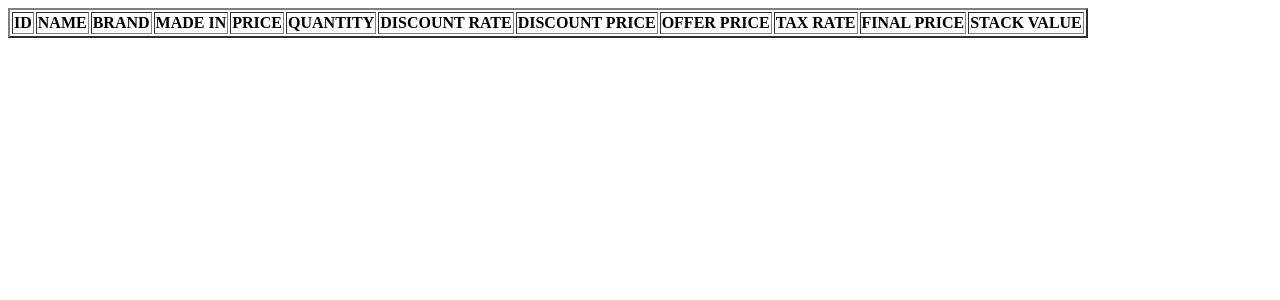
Repository: madhan-sampath/sampathprojects
Page: http://localhost/productlist
These files come from the project's save history. The page is drawn as it stood at one moment and after the next save; the edit follows.
The browser window is 1280 px wide. The pictures show the whole page.
The page is this project's Thymeleaf template; nobody is signed in. The template is opened directly, without the code that normally fills it, so the values that code supplies are empty.

Above is the page before, as saved 2024-12-20 09:26:55.

### SpringBootMvcExample/src/main/resources/templates/productlist.html
<!DOCTYPE html>
<head>
	<title>All Products</title>
</head>
<body>
	<div>
		<table border="2">
			<thead>
				<tr>
					<th>ID</th>
					<th>NAME</th>
					<th>BRAND</th>
					<th>MADE IN</th>
					<th>PRICE</th>
					<th>QUANTITY</th>
					<th>DISCOUNT RATE</th>
					<th>DISCOUNT PRICE</th>
					<th>OFFER PRICE</th>
					<th>TAX RATE</th>
					<th>FINAL PRICE</th>
					<th>STACK VALUE</th>
				</tr>
			</thead>
			<tbody>
				<tr th:each="product:${products}">
										<td th:text="${product.id}"></td>
										<td th:text="${product.name}"></td>
										<td th:text="${product.brand}"></td>
										<td th:text="${product.madeIn}"></td>
										<td th:text="${product.price}"></td>
										<td th:text="${product.quantity}"></td>
										<td th:text="${product.discountRate}"></td>
										<td th:text="${product.discountPrice}"></td>
										<td th:text="${product.offerPrice}"></td>
										<td th:text="${product.taxRate}"></td>
										<td th:text="${product.finalPrice}"></td>
										<td th:text="${product.stackValue}"></td>
									</tr>
			</tbody>
		</table>
	</div>
</body>
</html>

After the next save:
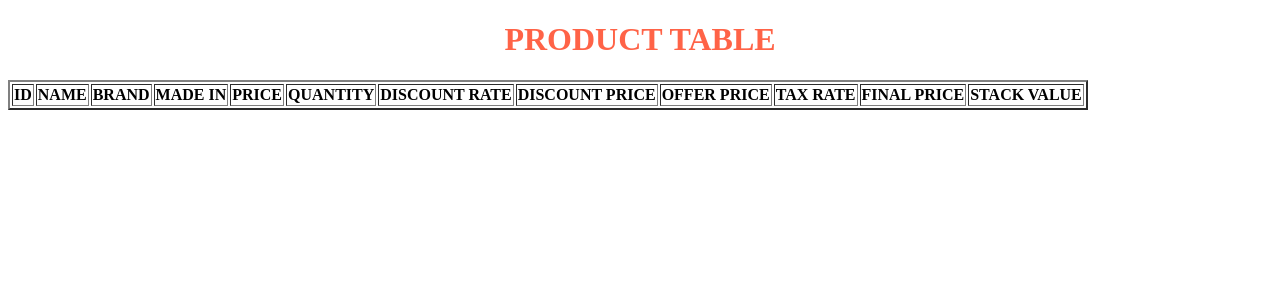
Saved 116 s later.
--- a/SpringBootMvcExample/src/main/resources/templates/productlist.html
+++ b/SpringBootMvcExample/src/main/resources/templates/productlist.html
@@ -4,6 +4,7 @@
 </head>
 <body>
 	<div>
+		<h1 style="text-align: center;color: tomato;">PRODUCT TABLE</h1>
 		<table border="2">
 			<thead>
 				<tr>
